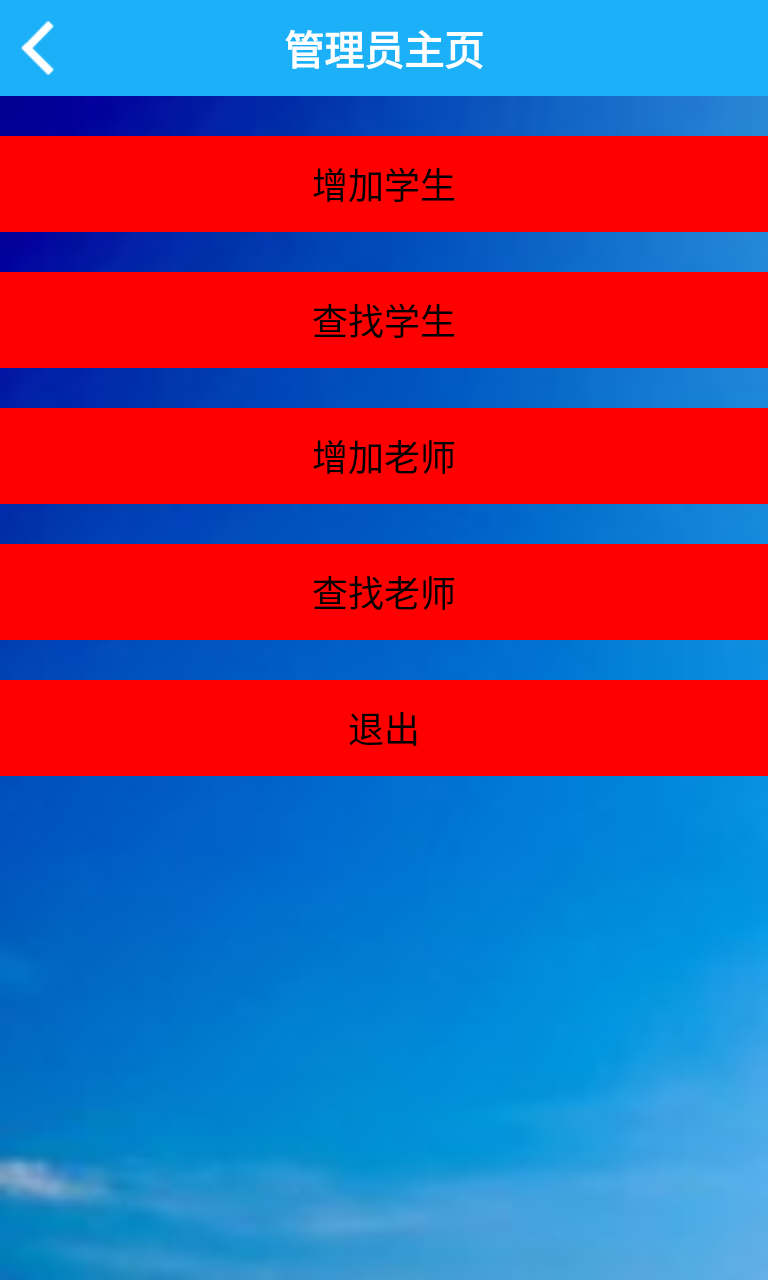
Repository: 15862175370/MyProject
Layout: 毕业设计系统源码_李伟/client/TeachSystem/res/layout/administrator_center.xml
The author's editor kept a copy of each file at every save. The layout is drawn from the files as they stood at one save, then again after the next save.
It is drawn on a 768 x 1280 px phone screen (xhdpi) without system bars, with theme AppTheme; the app's code is not run.

Above is the layout before, as saved 2016-05-20 08:02:34.

### 毕业设计系统源码_李伟/client/TeachSystem/res/layout/administrator_center.xml
<?xml version="1.0" encoding="utf-8"?>
<LinearLayout xmlns:android="http://schemas.android.com/apk/res/android"
    android:layout_width="match_parent"
    android:layout_height="match_parent"
    android:background="@drawable/ad"
    android:orientation="vertical" >
        <!-- 标题栏 -->

    <RelativeLayout
        android:id="@+id/bjmgf_sdk_dock_pay_center_title_LayoutId"
        android:layout_width="match_parent"
        android:layout_height="48dp"
        android:background="#1bb0f8" >

        <RelativeLayout
            android:id="@+id/bjmgf_sdk_dock_pay_center_closeLlId"
            android:layout_width="wrap_content"
            android:layout_height="wrap_content"
            android:layout_alignParentLeft="true"
            android:layout_centerVertical="true"
            android:paddingBottom="10dp"
            android:paddingLeft="10dp"
            android:paddingRight="20dp"
            android:paddingTop="10dp" >

            <ImageView
                android:id="@+id/bjmgf_sdk_closeAboutBtnId"
                android:layout_width="wrap_content"
                android:layout_height="wrap_content"
                android:layout_centerVertical="true"
                android:src="@drawable/bjmgf_sdk_back" />
        </RelativeLayout>

        <TextView
            android:id="@+id/bjmgf_sdk_messageTextViewId"
            android:layout_width="wrap_content"
            android:layout_height="wrap_content"
            android:layout_centerInParent="true"
            android:gravity="center"
            android:text="管理员主页"
            android:textColor="#ffffff"
            android:textSize="20sp"
            android:textStyle="bold" />
    </RelativeLayout>

    <Button
        android:id="@+id/Button01"
        android:layout_width="match_parent"
        android:layout_height="wrap_content"
        android:layout_marginTop="20dp"
        android:background="#ff0000"
        android:text="增加学生" />

    <Button
        android:id="@+id/Button02"
        android:layout_width="match_parent"
        android:layout_height="wrap_content"
        android:layout_marginTop="20dp"
        android:background="#ff0000"
        android:text="查找学生" />

    <Button
        android:id="@+id/Button03"
        android:layout_width="match_parent"
        android:layout_height="wrap_content"
        android:layout_marginTop="20dp"
        android:background="#ff0000"
        android:text="增加老师" />

    <Button
        android:id="@+id/Button04"
        android:layout_width="match_parent"
        android:layout_height="wrap_content"
        android:layout_marginTop="20dp"
        android:background="#ff0000"
        android:text="查找老师" />

    <Button
        android:background="#ffffff"
        android:layout_marginTop="20dp"
        android:background="#ff0000"
        android:id="@+id/button1"
        android:layout_width="match_parent"
        android:layout_height="wrap_content"
        android:text="退出" />

</LinearLayout>

Loaded but not shown: 毕业设计系统源码_李伟/client/TeachSystem/res/values/styles.xml (common file); 毕业设计系统源码_李伟/client/TeachSystem/res/values-v11/styles.xml (common file); 毕业设计系统源码_李伟/client/TeachSystem/res/values-v14/styles.xml (common file)

After the next save:
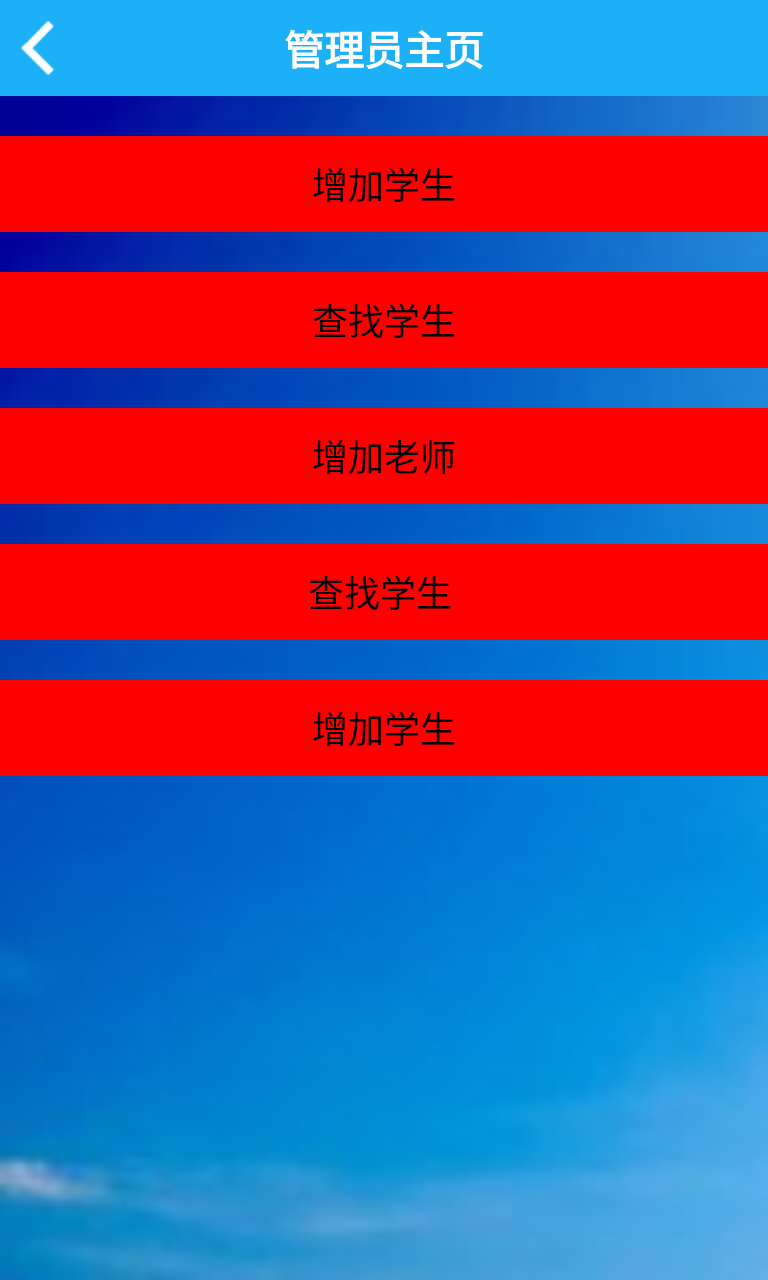
Saved 27 s later.
--- a/毕业设计系统源码_李伟/client/TeachSystem/res/layout/administrator_center.xml
+++ b/毕业设计系统源码_李伟/client/TeachSystem/res/layout/administrator_center.xml
@@ -73,15 +73,14 @@
         android:layout_height="wrap_content"
         android:layout_marginTop="20dp"
         android:background="#ff0000"
-        android:text="查找老师" />
+        android:text="查找学生 " />
 
     <Button
-        android:background="#ffffff"
         android:layout_marginTop="20dp"
         android:background="#ff0000"
         android:id="@+id/button1"
         android:layout_width="match_parent"
         android:layout_height="wrap_content"
-        android:text="退出" />
+        android:text="增加学生" />
 
 </LinearLayout>
